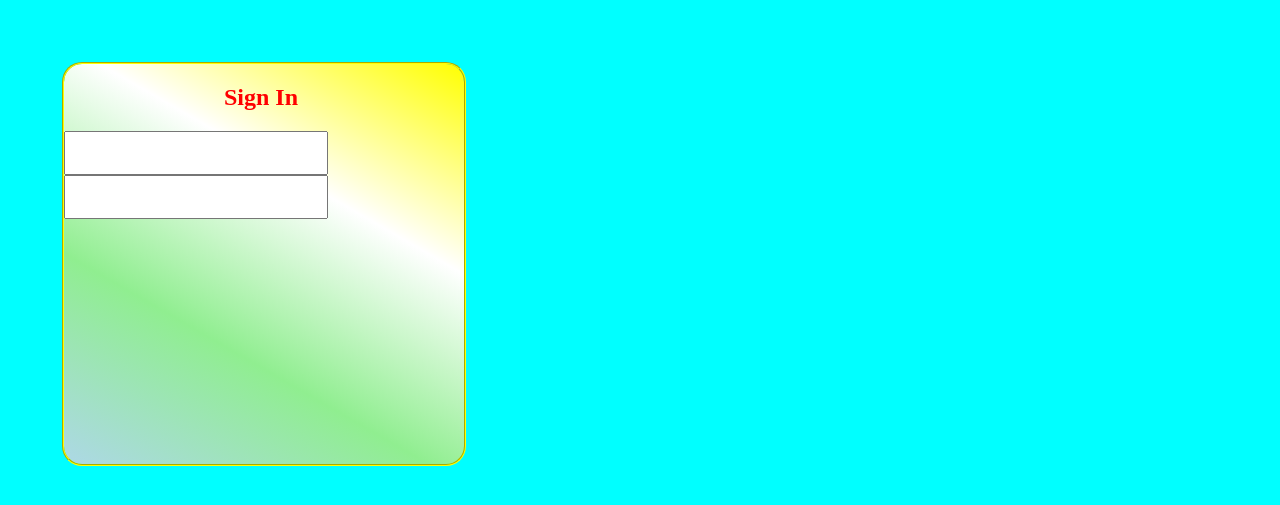
Repository: Amani-Kibet/express-app-web
Page: public/Card.html
These files come from the project's save history. The page is drawn as it stood at one moment and after the next save; the edit follows.
The browser window is 1280 px wide. The pictures show the whole page.

Above is the page before, as saved 2025-09-25 21:18:39.

After the next save:
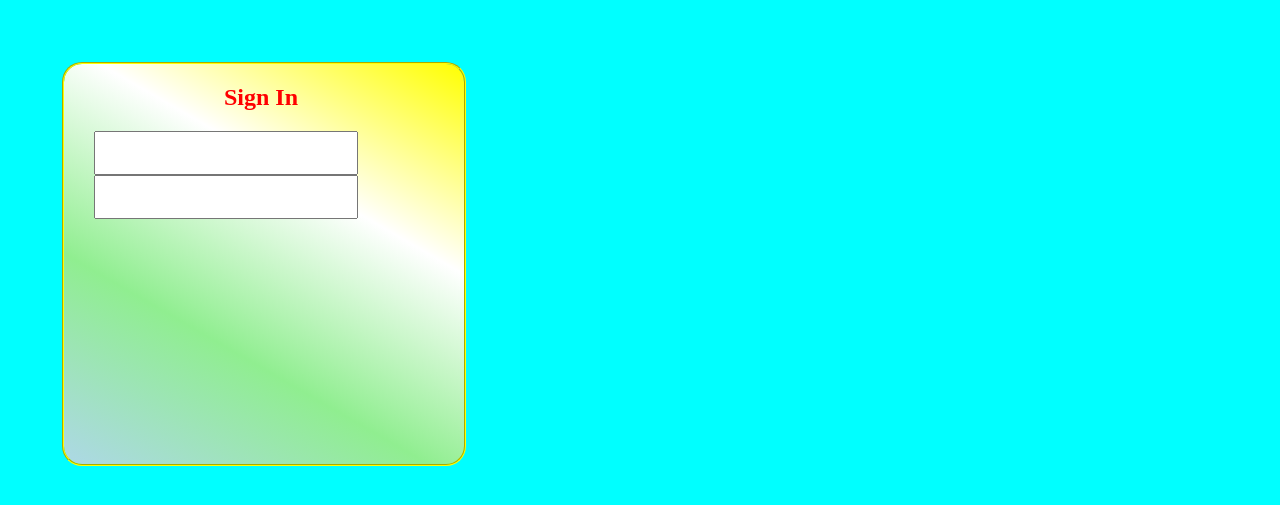
Saved 30 s later.
--- a/public/Card.html
+++ b/public/Card.html
@@ -20,7 +20,8 @@
   .inputs{
     width: 16rem;
     height: 38px;
-
+    position: relative;
+    left: 30px
   }
   </style>
 </head>
